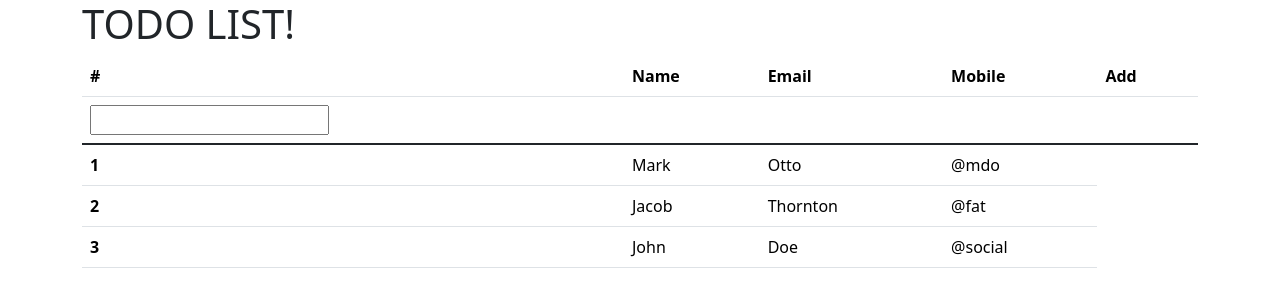
Repository: faizrehmandeveloper-spec/mern
Page: js/todo.html
An editor plug-in stored every save of this project. The page is shown before and after the next save, followed by the edit.
The browser window is 1280 px wide. The pictures show the whole page.

Above is the page before, as saved 2026-06-25 11:34:18.

After the next save:
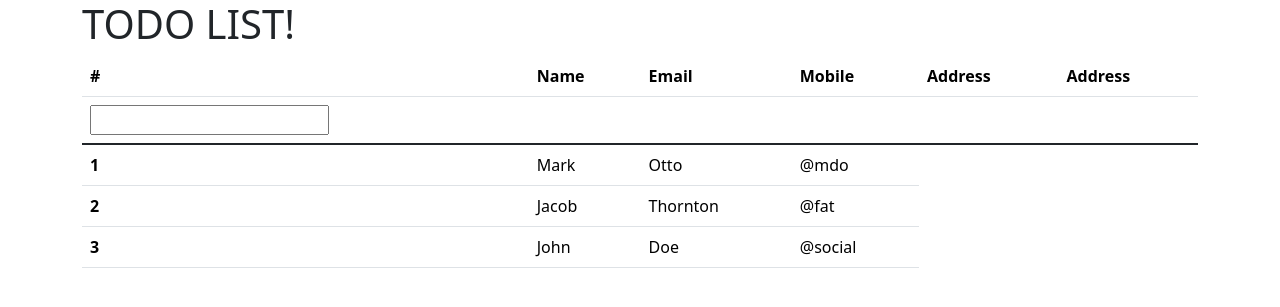
Saved 9 s later.
--- a/js/todo.html
+++ b/js/todo.html
@@ -19,7 +19,8 @@
                     <th scope="col">Name</th>
                     <th scope="col">Email</th>
                     <th scope="col">Mobile</th>
-                    <th scope="col">Add</th>
+                    <th scope="col">Address</th>
+                    <th scope="col">Address</th>
                 </tr>
                 <tr>
                     <th><input type="text"></th>
